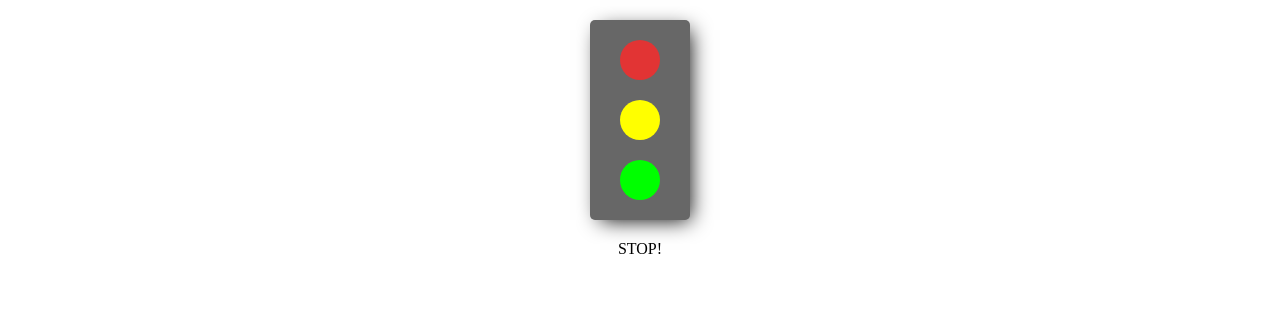
Repository: DoruFurtuna/skillup-semaphore-homework
Page: index.html
These files come from the project's save history. The page is drawn as it stood at one moment and after the next save; the edit follows.
The browser window is 1280 px wide. The pictures show the whole page.

Above is the page before, as saved 2019-07-16 08:08:57.

After the next save:
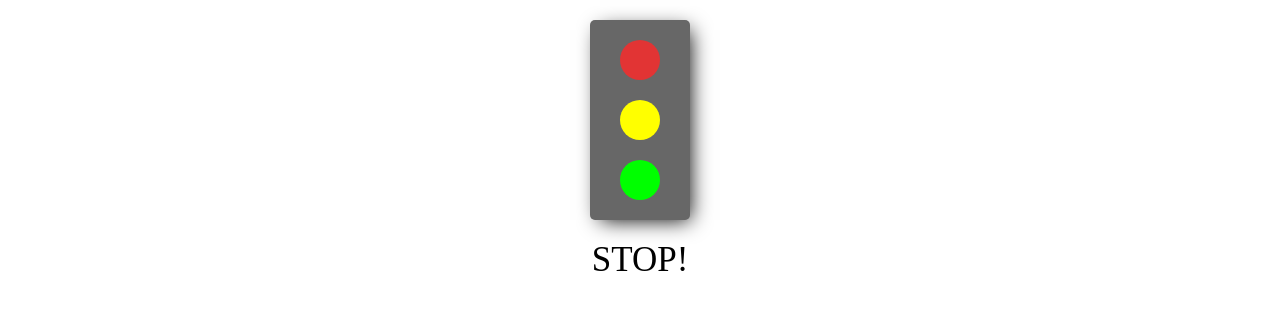
Saved 14 s later.
--- a/styles.css
+++ b/styles.css
@@ -1,5 +1,5 @@
 #message {
-  ont-size: 35px;
+  font-size: 35px;
   text-align: center;
 }
 
